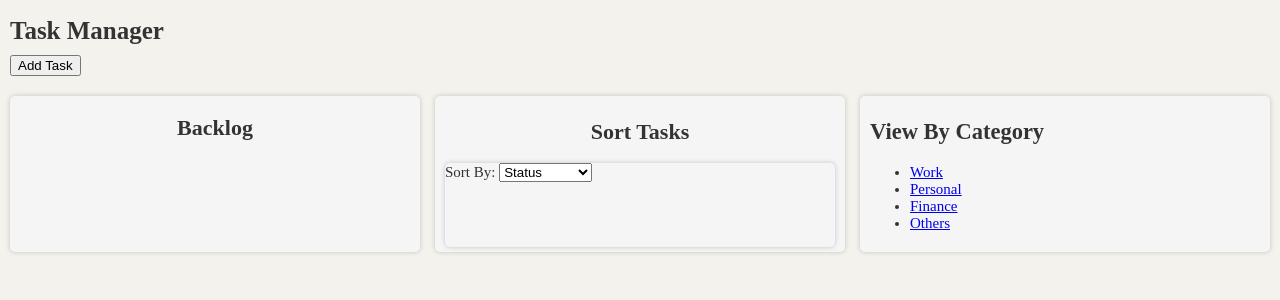
Repository: n-shen/task-tracker
Page: / (app in frontend/)
An editor plug-in stored every save of this project. The page is shown before and after the next save, followed by the edit.
The browser window is 1280 px wide. The pictures show the whole page.
The project was rebuilt for these pictures with package versions that can differ from the ones it lists, and the page was loaded fresh each time. Also part of the build but not shown: frontend/src/components/taskManager/addTask.jsx, frontend/src/components/tasks/task.jsx, frontend/src/components/taskManager/categoryTasks.jsx. Imported but missing from the stored project, and not drawn on this page: frontend/src/reportWebVitals.

Above is the page before, as saved 2023-04-20 14:13:10.

### frontend/public/index.html
<!DOCTYPE html>
<html lang="en">
  <head>
    <meta charset="utf-8" />
    <link rel="icon" href="%PUBLIC_URL%/favicon.ico" />
    <meta name="viewport" content="width=device-width, initial-scale=1" />
    <meta name="theme-color" content="#000000" />
    <meta
      name="description"
      content="Web site created using create-react-app"
    />
    <link rel="apple-touch-icon" href="%PUBLIC_URL%/logo192.png" />
    <!--
      manifest.json provides metadata used when your web app is installed on a
      user's mobile device or desktop. See https://developers.google.com/web/fundamentals/web-app-manifest/
    -->
    <link rel="manifest" href="%PUBLIC_URL%/manifest.json" />
    <!--
      Notice the use of %PUBLIC_URL% in the tags above.
      It will be replaced with the URL of the `public` folder during the build.
      Only files inside the `public` folder can be referenced from the HTML.

      Unlike "/favicon.ico" or "favicon.ico", "%PUBLIC_URL%/favicon.ico" will
      work correctly both with client-side routing and a non-root public URL.
      Learn how to configure a non-root public URL by running `npm run build`.
    -->
    <title>Task Tracker App</title>
  </head>
  <body>
    <noscript>You need to enable JavaScript to run this app.</noscript>
    <div id="root"></div>
    <!--
      This HTML file is a template.
      If you open it directly in the browser, you will see an empty page.

      You can add webfonts, meta tags, or analytics to this file.
      The build step will place the bundled scripts into the <body> tag.

      To begin the development, run `npm start` or `yarn start`.
      To create a production bundle, use `npm run build` or `yarn build`.
    -->
  </body>
</html>

### frontend/src/index.js
import React from "react";
import ReactDOM from "react-dom/client";
import "./styles/index.css";
import App from "./App";
import reportWebVitals from "./reportWebVitals";
import { BrowserRouter } from "react-router-dom";

const root = ReactDOM.createRoot(document.getElementById("root"));
root.render(
  <React.StrictMode>
    <BrowserRouter>
      <App />
    </BrowserRouter>
  </React.StrictMode>
);

// If you want to start measuring performance in your app, pass a function
// to log results (for example: reportWebVitals(console.log))
// or send to an analytics endpoint. Learn more: https://bit.ly/CRA-vitals
reportWebVitals();

### frontend/src/styles/index.css
body {
  margin: 0;
  font-family: -apple-system, BlinkMacSystemFont, 'Segoe UI', 'Roboto', 'Oxygen',
    'Ubuntu', 'Cantarell', 'Fira Sans', 'Droid Sans', 'Helvetica Neue',
    sans-serif;
  -webkit-font-smoothing: antialiased;
  -moz-osx-font-smoothing: grayscale;
  background-color: #f2f5f5;
}

code {
  font-family: source-code-pro, Menlo, Monaco, Consolas, 'Courier New',
    monospace;
}

html {
  font-size: 62.5%;
}

### frontend/src/App.js
import React from "react";
import TaskManager from "./components/taskManager/manager";


function App() {
  return (
    <div className="App">
      <TaskManager />
    </div>
  );
}

export default App;

### frontend/src/components/taskManager/manager.jsx
import React, { useState, useEffect } from "react";
import AddTaskForm from "./addTask";
import TaskList from "../tasks/taskLists";
import SortTasks from "./sortTasks";
import ViewByCategory from "./viewByCategory";
import CategoryTask from "./categoryTasks";
import { Routes, Route } from "react-router-dom";
import "../../styles/manager.css";

const TaskManager = () => {
  const [tasks, setTasks] = useState(
    JSON.parse(localStorage.getItem("tasks")) || []
  );
  const [showAddTask, setShowAddTask] = useState(false);

  useEffect(() => {
    localStorage.setItem("tasks", JSON.stringify(tasks));
  }, [tasks]);

  const handleAddTask = (task) => {
    setTasks([...tasks, task]);
    setShowAddTask(false);
  };

  const handleShowAddTask = () => {
    setShowAddTask(true);
  };

  const handleHideAddTask = () => {
    setShowAddTask(false);
  };

  const handleDeleteTask = (index) => {
    const newTasks = [...tasks];
    newTasks.splice(index, 1);
    setTasks(newTasks);
  };

  const handleEditTask = (index, newTask) => {
    const newTasks = [...tasks];
    newTasks[index] = newTask;
    setTasks(newTasks);
  };

  return (
    <div className="taskManager">
      <div className="taskManager--wrapper">
        <h1 className="taskManager--title">Task Manager</h1>
          <div className="taskManager--addTask">
            <div className="taskManager--addTask__btn">
              <button onClick={handleShowAddTask} className="addTask-btn">
                Add Task
              </button>
            </div>
            <div className="taskManager--addTask__container">
              {showAddTask && (
                <AddTaskForm
                  onAdd={handleAddTask}
                  onHideAddTask={handleHideAddTask}
                />
              )}
            </div>
          </div>
          <div className="taskManager--grid">
          <div className="taskManager--taskList">
            <TaskList
              tasks={tasks}
              onDelete={handleDeleteTask}
              onEdit={handleEditTask}
            />
          </div>
          <div className="taskManager--sort">
            <SortTasks tasks={tasks} />
          </div>
          <div className="taskManager--view">
            <Routes>
              <Route path="/" element={<ViewByCategory tasks={tasks} />} />
              <Route
                path="/category/:category"
                element={<CategoryTask tasks={tasks} />}
              />
            </Routes>
          </div>
        </div>
      </div>
    </div>
  );
};

export default TaskManager;

### frontend/src/components/tasks/taskLists.jsx

import React from "react";
import Task from "./task";
import "../../styles/taskList.css";

const TaskList = ({ tasks, onDelete, onEdit }) => {
  return (
    <div className="taskList">
      <h1 className="taskList--head">Backlog</h1>
      {tasks.map((task, index) => (
        <Task
          key={index}
          index={index}
          task={task}
          onDelete={onDelete}
          onEdit={onEdit}
        />
      ))}
    </div>
  );
};

export default TaskList;

### frontend/src/components/taskManager/sortTasks.jsx
import { React, useState } from "react";
import "../../styles/sortTasks.css";

const SortTask = ({ tasks }) => {
  const [sortBy, setSortBy] = useState("status");

  const sortedTasks =
    tasks?.slice().sort((a, b) => {
      switch (sortBy) {
        case "title":
          return a.title.localeCompare(b.title);
        case "status":
          return a.status.localeCompare(b.status);
        case "dateAdded":
          return new Date(a.dateAdded) - new Date(b.dateAdded);
        case "dueDate":
          return new Date(a.dueDate) - new Date(b.dueDate);
        case "category":
          return a.category.localeCompare(b.category);
        default:
          return 0;
      }
    }) || [];

  const handleSortBy = (e) => {
    setSortBy(e.target.value);
  };

  return (
    <div className="sort">
      <h2 className="sort--head">Sort Tasks</h2>
      <div className="sort--wrapper">
        <div className="sort--select">
          <label htmlFor="sort" className="sort--label">
            Sort By:{" "}
          </label>
          <select name="sort" value={sortBy} onChange={handleSortBy}>
            <option value="title" className="sort--option">
              Title
            </option>
            <option value="status" className="sort--option">
              Status
            </option>
            <option value="dateAdded" className="sort--option">
              Date Added
            </option>
            <option value="dueDate" className="sort--option">
              Due Date
            </option>
          </select>
        </div>
        <div>
          <ul className="sort--lists">
            {sortedTasks.map((task, index) => (
              <li key={index} className="sort--list">
                <p className="sort--list__item">{task.title}</p>
                <p className="sort--list__item">{task.description}</p>
                <p className="sort--list__item">Status: {task.status}</p>
                <p className="sort--list__item">Date Added: {task.dateAdded}</p>
                <p className="sort--list__item">Due Date: {task.dueDate}</p>
                <p className="sort--list__item">Category: {task.category}</p>
              </li>
            ))}
          </ul>
        </div>
      </div>
    </div>
  );
};

export default SortTask;

### frontend/src/components/taskManager/viewByCategory.jsx
import React from "react";
import { Link, useParams } from "react-router-dom";

const ViewByCategory = ({ tasks }) => {
  const categories = ["Work", "Personal", "Finance", "Others"];
  const { category } = useParams();

  const tasksByCategory = (category) => {
    return tasks.filter((task) => task.category === category);
  };

  return (
    <div>
      <h2>View By Category</h2>
      <ul>
        {categories.map((categoryName) => (
          <li key={categoryName}>
            <Link to={`/category/${categoryName}`}>
              {categoryName}
            </Link>
          </li>
        ))}
      </ul>
      {category && (
        <div>
          <h3>{category}</h3>
          <ul>
            {tasksByCategory(category).map((task, index) => (
              <li key={index}>
                <div>Title: {task.title}</div>
                <div>Description: {task.description}</div>
                <div>Status: {task.status}</div>
                <div>Due Date: {task.dueDate}</div>
                <div>Category: {task.category}</div>
              </li>
            ))}
          </ul>
        </div>
      )}
    </div>
  );
};

export default ViewByCategory;

### frontend/src/styles/manager.css
.taskManager {
    background-color: #f3f2ed;
    width: 100%;
    min-height: 100vh;
    display: flex;
    flex-direction: column;
    font-family: 'Fira Sans';
    font-size: 1.5rem;
    font-weight: 400;
    color: #333;
}

.taskManager--wrapper {
    padding: 0 1rem;
}

.taskManager--title {
    font-size: 2.5rem;
    font-weight: 700;
    margin-bottom: 1rem;
}

.taskManager--grid {
    display: grid;
    grid-template-columns: repeat(3, minmax(min-content, 1fr));
    grid-gap: 1.5rem;
    width: 100%;
    padding: 2rem 0;
}

.taskManager--grid > div {
    background-color: 	#F5F5F5;
    border-radius: 0.5rem;
    padding: .5rem 1rem;
    box-shadow: 0 0 0.5rem rgba(0, 0, 0, 0.2);
}

### frontend/src/styles/taskList.css
.taskList {
  display: flex;
  flex-direction: column;
  align-items: flex-start;
  width: 100%;
  height: 100%;
}

.taskList--head {
  align-self: center;
  font-size: 2.2rem;
  font-weight: 700;
}

.task {
  display: flex;
  flex-direction: column;
  align-items: flex-start;
  width: 100%;
  height: 100%;
  margin-bottom: 1rem;
}

.task--wrapper {
  display: flex;
  flex-direction: column;
  align-items: center;
  width: 100%;
  height: 100%;
  border-radius: 0.5rem;
  box-shadow: 0 0 0.5rem rgba(0, 0, 0, 0.2);
}

.task--item {
  display: flex;
  justify-content: center;
  align-items: center;
  width: 70%;
  height: 100%;
  border-bottom: 1px solid #00bfff;
  padding-bottom: 1rem;
  font-size: 1.3rem;
}

strong {
  font-weight: 700;
  margin-right: .5rem;
}

.task--item:last-child {
  border-bottom: none;
}

.task--btns {
  display: flex;
  justify-content: center;
  align-items: center;
  gap: 2rem;
  width: 100%;
  height: 100%;
  padding: 1rem;
}

.task--btn {
  border-radius: 1rem;
  background-color: #00bfff;
  color: #F5F5F5;
  font-size: 1.2rem;
  cursor: pointer;
  padding: 0.5rem 1rem;
  border: none;
  outline: none;
}

.task--btn:hover {
  color: #00bfff;
  background-color: #f3f2ed;
}

### frontend/src/styles/sortTasks.css
.sort {
  display: flex;
  flex-direction: column;
  align-items: flex-start;
  width: 100%;
  height: 100%;
}

.sort--head {
  align-self: center;
  font-size: 2.2rem;
  font-weight: 700;
}

.sort--wrapper {
  display: flex;
  flex-direction: column;
  align-items: center;
  width: 100%;
  height: 100%;
  border-radius: 0.5rem;
  box-shadow: 0 0 0.5rem rgba(0, 0, 0, 0.2);
}

.sort--select {
  width: 100%;
  padding-bottom: 1rem;
}

After the next save:
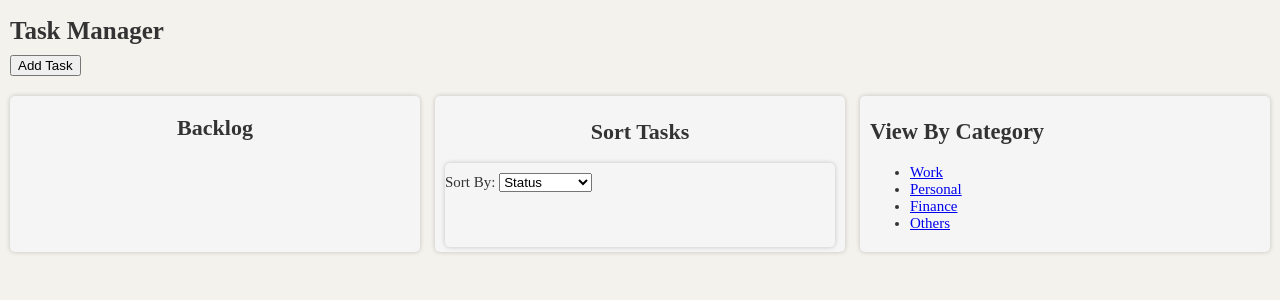
Saved 9 s later.
--- a/frontend/src/styles/sortTasks.css
+++ b/frontend/src/styles/sortTasks.css
@@ -24,5 +24,5 @@
 
 .sort--select {
   width: 100%;
-  padding-bottom: 1rem;
+  padding: 1rem;
 }
